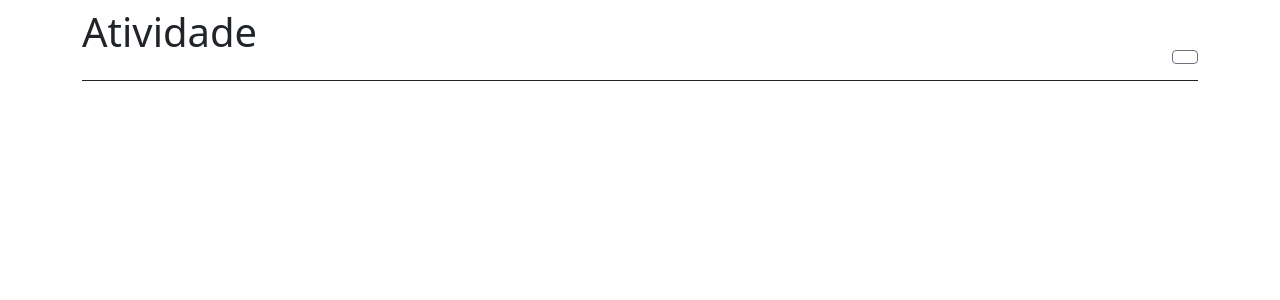
Repository: faribeiro/react-dotnetcore-efcore
Page: / (app in front/pro-atividade-app/)
These files come from the project's save history. The page is drawn as it stood at one moment and after a run of saves; the edit follows.
The browser window is 1280 px wide. The pictures show the whole page.
The page's requests for data from a server got no answer. The project was rebuilt for these pictures with package versions that can differ from the ones it lists, and the page was loaded fresh each time. No one was signed in, and anything a server would have sent is missing. Also part of the build but not shown: front/pro-atividade-app/src/components/AtividadeForm.js, front/pro-atividade-app/src/components/Atividade.js.

Above is the page before, as saved 2023-10-24 15:18:11.

### front/pro-atividade-app/src/index.js
import React from 'react';
import ReactDOM from 'react-dom/client';
import './index.css';
import 'bootstrap/dist/css/bootstrap.min.css';
import App from './App';


const root = ReactDOM.createRoot(document.getElementById('root'));
root.render(
  <div className='container'>
    <App />

  </div>
);

// If you want to start measuring performance in your app, pass a function
// to log results (for example: reportWebVitals(console.log))
// or send to an analytics endpoint. Learn more: https://bit.ly/CRA-vitals

### front/pro-atividade-app/src/index.css
@import url('../node_modules/@fortawesome/fontawesome-free/css/all.min.css');

### front/pro-atividade-app/src/App.js
import {useEffect, useState} from 'react';
import './App.css';
import { Button, Modal } from 'react-bootstrap';
import AtividadeForm from './components/AtividadeForm';
import AtividadeLista from './components/AtividadeLista';
import api from './api/atividade';

function App() {
  const [show, setShow] = useState(false);
  const [atividades, setAtividades] = useState([])
  const [atividade, setAtividade] = useState({id:0})

  const handleClose = () => setShow(false);
  const handleShow = () => setShow(true);

  const pegaTodasAtividades = async () => {
    const response = await api.get('atividade');
    return response.data;
  }

  useEffect(() => {
    //atividades.length <= 0 ? setIndex(1) :
    //setIndex(Math.max.apply( Math, atividades.map((item) => item.id)) + 1)
    const getAtividades = async () => {
      const todasAtividades = await pegaTodasAtividades()
      if (todasAtividades) setAtividades(todasAtividades)
    }
    getAtividades();
  },[])

   const addAtividade = async (ativ) => {
    const response = await api.post('atividade', ativ)
    console.log(response.data)
    setAtividades([ ...atividades, response.data])
  }

  function cancelarAtividade() {
    setAtividade({id: 0})
  }

  const atualizarAtividade = async (ativ) => {
    const response = await api.put(`atividade/${ativ.id}`, ativ)
    const {id} = response.data
    setAtividades(
      atividades.map((item) => (item.id === id ? response.data : item ))
    )
    setAtividade({id: 0})
  }

  const deletarAtividade = async (id) => {
    if (await api.delete(`atividade/${id}`))
    {
      const atividadesFiltradas = atividades.filter(atividade => atividade.id !== id)
          setAtividades([...atividadesFiltradas])
    }
  }

  function pegarAtividade(id) {
    const atividade = atividades.filter(atividade => atividade.id === id)
    setAtividade(atividade[0])
  }

  return (
    <>
      <div className="d-flex justify-content-between align-items-end mt-2 pb-3 border-bottom border-dark">
        <h1>Atividade {atividade.id !== 0 ? atividade.id : ''}</h1>
        <Button variant="outline-secondary" onClick={handleShow}>
          <i></i>
        </Button>
      </div>

      <AtividadeLista
        atividades={atividades}
        deletarAtividade={deletarAtividade}
        pegarAtividade={pegarAtividade}
      />

      <Modal show={show} onHide={handleClose}>
        <Modal.Header closeButton>
          <Modal.Title>Modal heading</Modal.Title>
        </Modal.Header>
        <Modal.Body>
          <AtividadeForm
            addAtividade={addAtividade}
            cancelarAtividade={cancelarAtividade}
            atualizarAtividade={atualizarAtividade}
            ativSelecionada={atividade}
            atividades={atividades}
          />
        </Modal.Body>
      </Modal>

    </>

  );
}

export default App;

### front/pro-atividade-app/src/components/AtividadeLista.js
import React from 'react'
import Atividade from './Atividade'

export default function AtividadeLista(props) {
  return (
    <div className="mt-3">
          {props.atividades.map(ativ => (
            <Atividade
              key={ativ.id}
              ativ={ativ}
              deletarAtividade={props.deletarAtividade}
              pegarAtividade={props.pegarAtividade}
            />
          ))}
        </div>
  )
}

### front/pro-atividade-app/src/api/atividade.js
import axios from 'axios';

export default axios.create({
    baseURL: 'http://localhost:5000/api/',
})

Loaded but not shown: front/pro-atividade-app/public/index.html (common file); front/pro-atividade-app/src/App.css (no stored copy; drawn as an empty file)

After the next 4 saves:
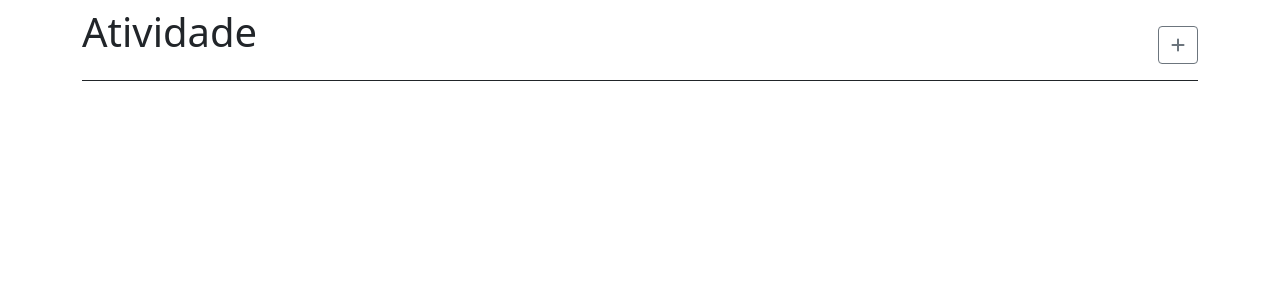
The 4 saves are shown as one change because they came seconds apart.
The last was saved 26 s later.
--- a/front/pro-atividade-app/src/App.js
+++ b/front/pro-atividade-app/src/App.js
@@ -65,7 +65,7 @@ function App() {
       <div className="d-flex justify-content-between align-items-end mt-2 pb-3 border-bottom border-dark">
         <h1>Atividade {atividade.id !== 0 ? atividade.id : ''}</h1>
         <Button variant="outline-secondary" onClick={handleShow}>
-          <i></i>
+          <i className='fas fa-plus'></i>
         </Button>
       </div>
 
